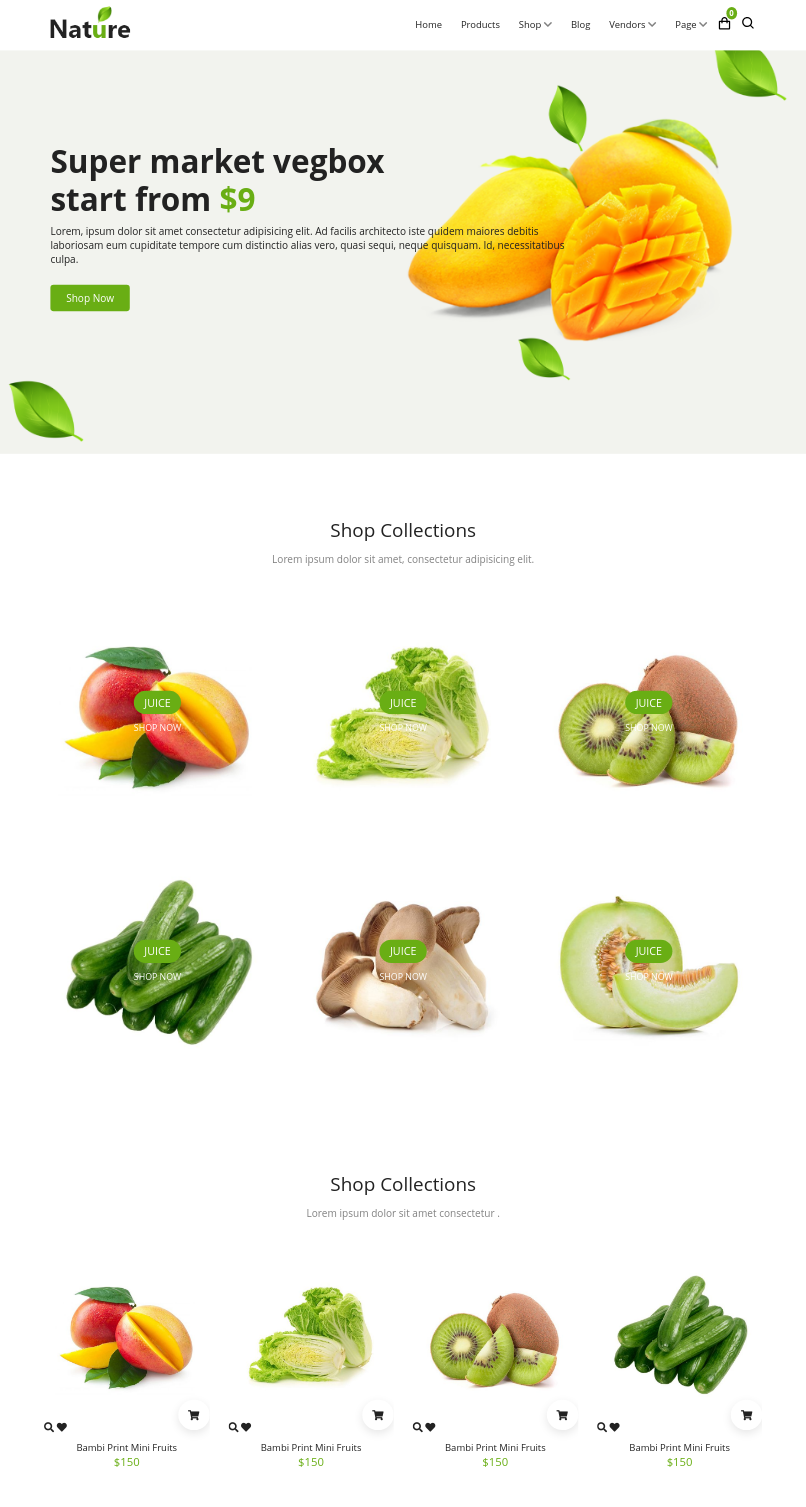
Repository: hoanggiainfomation/hoanggiainfomation.github.io
Page: index.html
These files come from the project's save history. The page is drawn as it stood at one moment and after the next save; the edit follows.
The browser window is 1280 px wide. The pictures show the whole page, at 63% of full size.
Some web libraries are served in a nearby version.

Above is the page before, as saved 2021-08-17 21:23:02.

After the next save:
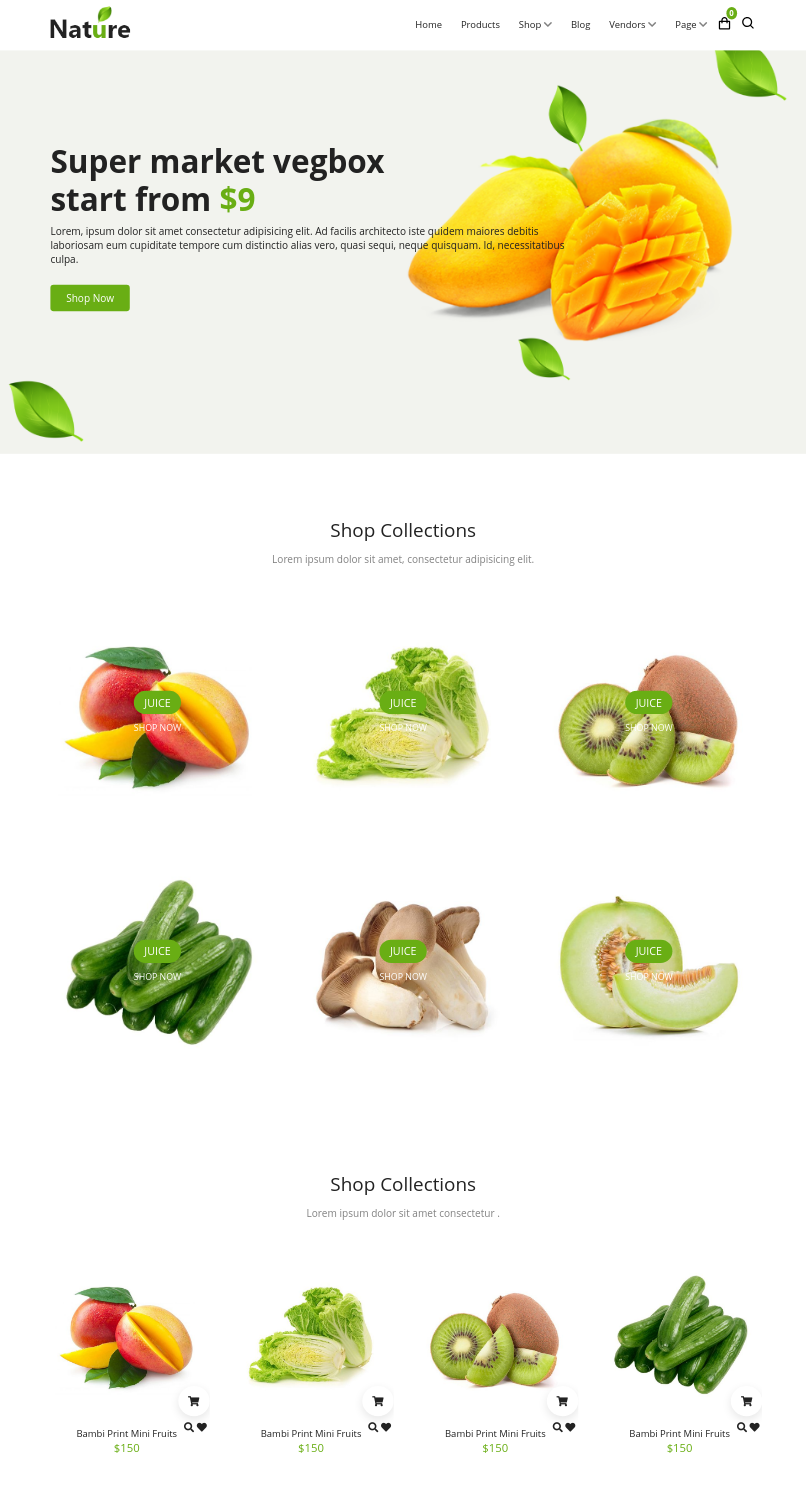
Saved 40 s later.
--- a/styles.css
+++ b/styles.css
@@ -695,3 +695,7 @@ section .title span {
 .product i {
   transition: all 300ms ease-in-out;
 }
+.product .side-icons {
+  position: absolute;
+  right: 0;
+}
